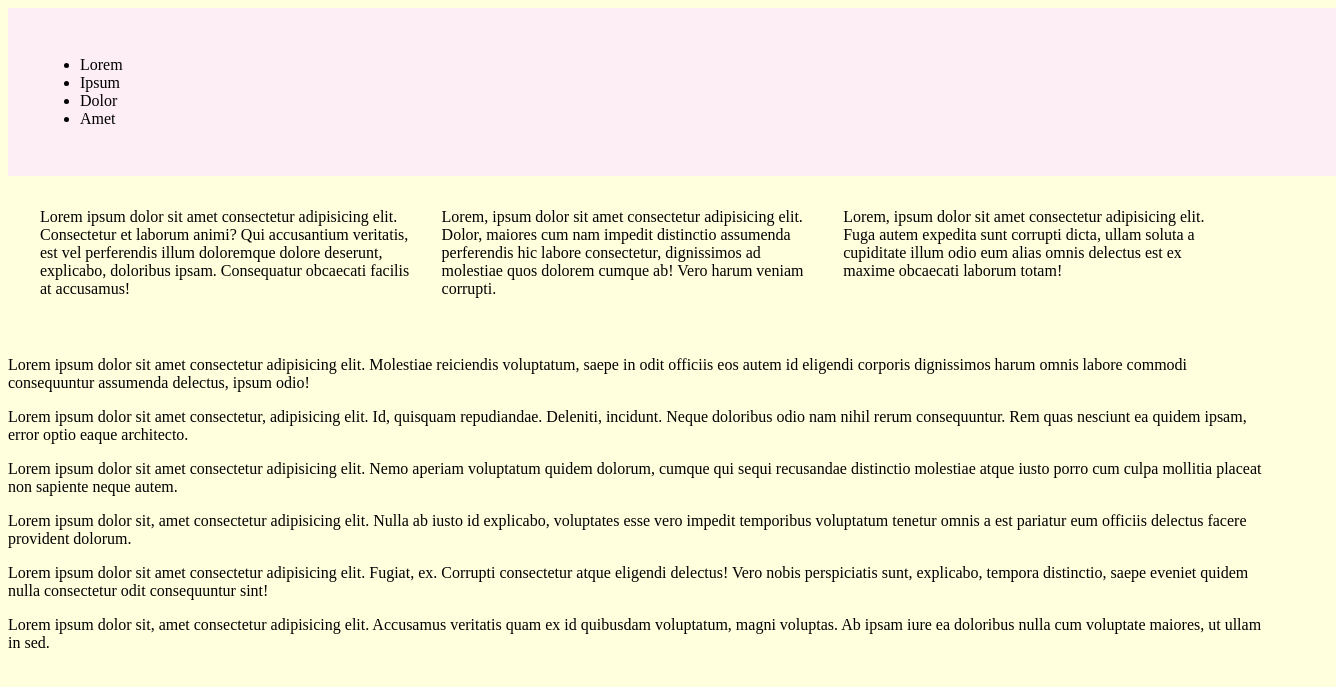
Repository: HTML-a-CSS-2/projekt-portfolio-Angelina555555
Page: .github/index.html
The author's editor kept a copy of each file at every save. The page is drawn from the files as they stood at one save, then again after the next save.
The browser window is 1280 px wide. The page is 1336 px wide, so the pictures cover 1336 px, including what lies to the right of the window. The pictures show the whole page.

Above is the page before, as saved 2022-05-07 22:48:16.

After the next save:
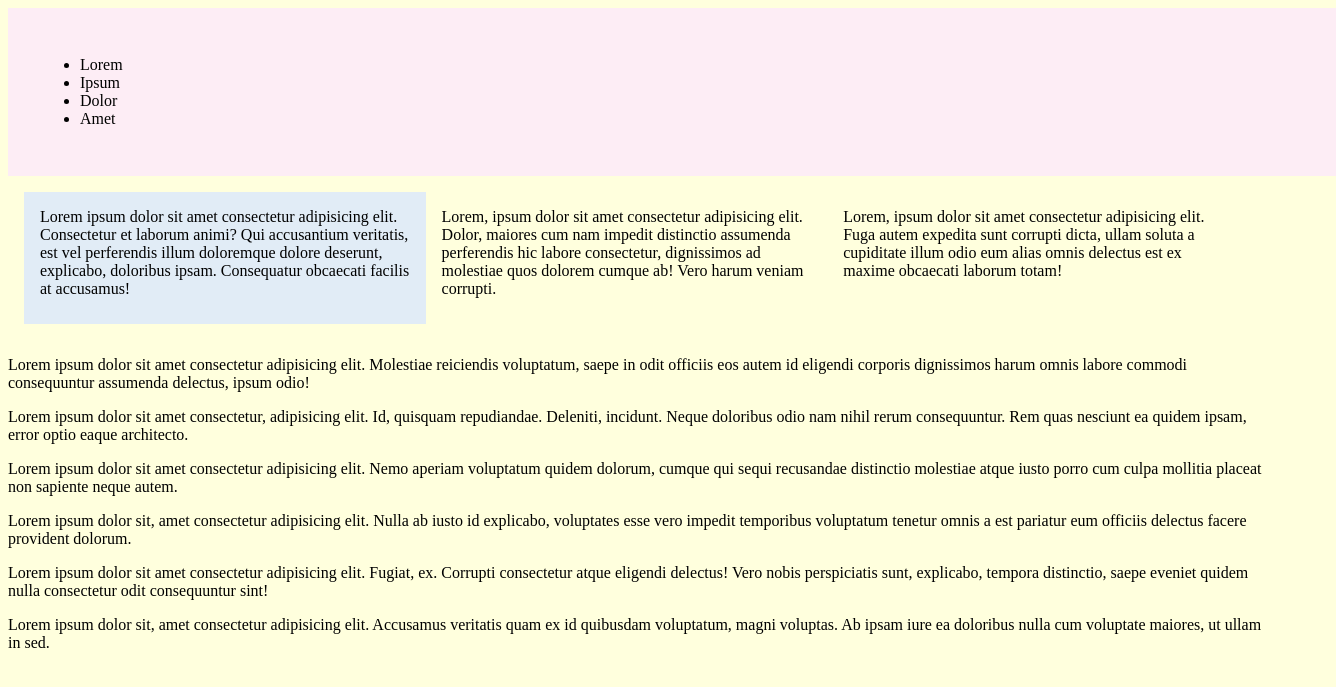
Saved 28 s later.
--- a/.github/index.html
+++ b/.github/index.html
@@ -17,7 +17,7 @@
       </ul>
     </div>
     <div class="article">
-      <div class="article__element-jeden">
+      <div class="article__element-jeden article__element-jeden--blue">
         Lorem ipsum dolor sit amet consectetur adipisicing elit. Consectetur et
         laborum animi? Qui accusantium veritatis, est vel perferendis illum
         doloremque dolore deserunt, explicabo, doloribus ipsam. Consequatur
